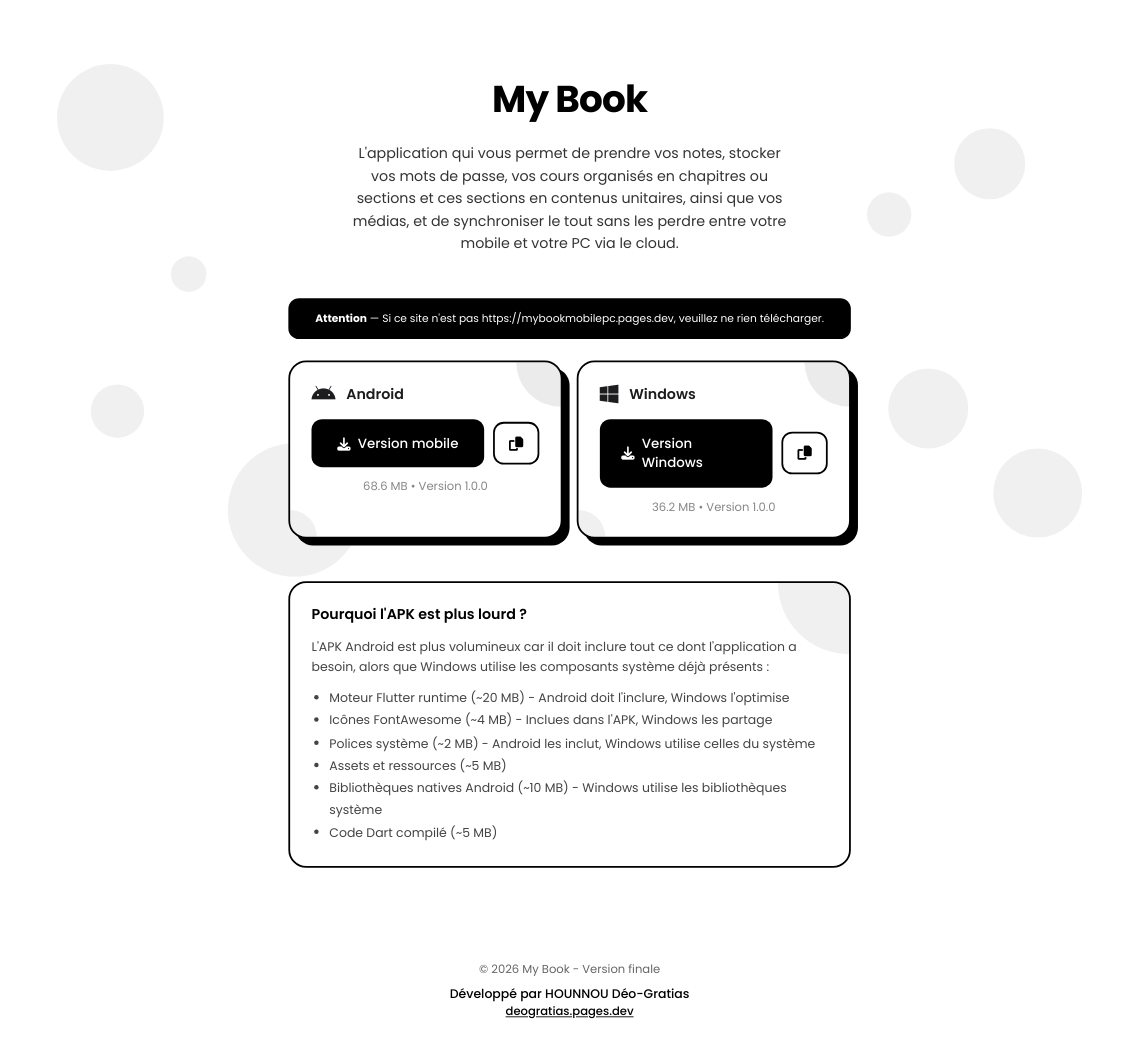
Repository: Deogratiasdev/app
Page: test.html
These files come from the project's save history. The page is drawn as it stood at one moment and after the next save; the edit follows.
The browser window is 1280 px wide. The pictures show the whole page, at 89% of full size.

Above is the page before, as saved 2026-04-12 00:29:04.

### test.html
<!DOCTYPE html>
<html lang="fr">
<head>
    <meta charset="UTF-8">
    <meta name="viewport" content="width=device-width, initial-scale=1.0">
    <title>My Book - Téléchargement</title>
    <link rel="preconnect" href="https://fonts.googleapis.com">
    <link rel="preconnect" href="https://fonts.gstatic.com" crossorigin>
    <link href="https://fonts.googleapis.com/css2?family=Poppins:wght@300;400;500;600;700&display=swap" rel="stylesheet">
    <link rel="stylesheet" href="https://cdnjs.cloudflare.com/ajax/libs/font-awesome/6.4.0/css/all.min.css">
    <style>
        * {
            margin: 0;
            padding: 0;
            box-sizing: border-box;
        }
        body {
            font-family: 'Poppins', sans-serif;
            background: #ffffff;
            color: #000000;
            line-height: 1.5;
            min-height: 100vh;
            display: flex;
            flex-direction: column;
        }
        .container {
            max-width: 680px;
            margin: 0 auto;
            padding: 80px 24px;
            flex: 1;
        }
        .header {
            text-align: center;
            margin-bottom: 48px;
        }
        .warning-box {
            background: #000000;
            border: 2px solid #000000;
            border-radius: 12px;
            padding: 12px 16px;
            margin-bottom: 24px;
            font-size: 12px;
            color: #ffffff;
            text-align: center;
            line-height: 1.5;
        }
        h1 {
            font-size: 42px;
            font-weight: 700;
            margin-bottom: 16px;
            letter-spacing: -1px;
            color: #000000;
        }
        .description {
            font-size: 16px;
            color: #333333;
            line-height: 1.6;
            max-width: 500px;
            margin: 0 auto;
        }
        .downloads {
            display: flex;
            flex-direction: column;
            gap: 16px;
            margin-bottom: 48px;
        }
        .download-card {
            background: #ffffff;
            border: 2px solid #000000;
            border-radius: 20px;
            padding: 24px;
            position: relative;
            overflow: hidden;
            transition: transform 0.3s ease;
            box-shadow: 8px 8px 0px #000000;
        }
        .download-card:hover {
            transform: translateY(-4px);
            box-shadow: 12px 12px 0px #000000;
        }
        .download-card::before {
            content: '';
            position: absolute;
            top: -50px;
            right: -50px;
            width: 100px;
            height: 100px;
            background: #000000;
            border-radius: 50%;
            opacity: 0.08;
        }
        .download-card::after {
            content: '';
            position: absolute;
            bottom: -30px;
            left: -30px;
            width: 60px;
            height: 60px;
            background: #000000;
            border-radius: 50%;
            opacity: 0.06;
        }
        .download-card-header {
            display: flex;
            align-items: center;
            margin-bottom: 16px;
        }
        .download-card-header i {
            font-size: 24px;
            margin-right: 12px;
            color: #1d1d1f;
        }
        .download-card-header h2 {
            font-size: 16px;
            font-weight: 600;
            color: #1d1d1f;
        }
        .download-btn {
            display: flex;
            align-items: center;
            justify-content: center;
            width: 100%;
            padding: 16px 24px;
            background: #000000;
            color: #ffffff;
            text-decoration: none;
            font-size: 15px;
            font-weight: 500;
            border: none;
            border-radius: 12px;
            transition: background 0.2s ease;
        }
        .download-btn:hover {
            background: #333333;
        }
        .download-btn i {
            margin-right: 8px;
        }
        .download-row {
            display: flex;
            gap: 10px;
            align-items: center;
        }
        .download-row .download-btn {
            flex: 1;
        }
        .copy-btn {
            background: #ffffff;
            border: 2px solid #000000;
            border-radius: 12px;
            padding: 14px 16px;
            cursor: pointer;
            font-size: 16px;
            color: #000000;
            transition: all 0.2s ease;
            display: flex;
            align-items: center;
            justify-content: center;
        }
        .copy-btn:hover {
            background: #000000;
            color: #ffffff;
        }
        .copy-btn.copied {
            background: #000000;
            color: #ffffff;
        }
        .download-info {
            font-size: 13px;
            color: #86868b;
            margin-top: 12px;
            text-align: center;
        }
        .info-section {
            background: #ffffff;
            border: 2px solid #000000;
            border-radius: 20px;
            padding: 24px;
            position: relative;
            overflow: hidden;
        }
        .info-section::before {
            content: '';
            position: absolute;
            top: -80px;
            right: -80px;
            width: 160px;
            height: 160px;
            background: #000000;
            border-radius: 50%;
            opacity: 0.06;
        }
        .info-section h3 {
            font-size: 16px;
            font-weight: 600;
            color: #000000;
            margin-bottom: 12px;
        }
        .info-section p {
            font-size: 14px;
            color: #444444;
            line-height: 1.6;
            margin-bottom: 12px;
        }
        .info-section ul {
            font-size: 14px;
            color: #444444;
            line-height: 1.8;
            margin-left: 20px;
        }
        .footer {
            text-align: center;
            padding: 24px;
            font-size: 13px;
            color: #666666;
        }
        .footer a {
            color: #000000;
            text-decoration: underline;
            font-weight: 500;
            transition: color 0.2s ease;
        }
        .footer a:hover {
            color: #333333;
        }
        .author {
            margin-top: 8px;
            font-size: 14px;
            font-weight: 500;
            color: #000000;
        }

        /* Bulles figées en background */
        .bg-bubbles {
            position: fixed;
            top: 0;
            left: 0;
            width: 100%;
            height: 100%;
            pointer-events: none;
            z-index: -1;
            overflow: hidden;
        }
        .bg-bubbles .bubble {
            position: absolute;
            background: #000000;
            border-radius: 50%;
            opacity: 0.06;
        }
        .bg-bubbles .bubble:nth-child(1) { width: 120px; height: 120px; top: 10%; left: 5%; }
        .bg-bubbles .bubble:nth-child(2) { width: 80px; height: 80px; top: 20%; right: 10%; }
        .bg-bubbles .bubble:nth-child(3) { width: 60px; height: 60px; top: 60%; left: 8%; }
        .bg-bubbles .bubble:nth-child(4) { width: 100px; height: 100px; top: 70%; right: 5%; }
        .bg-bubbles .bubble:nth-child(5) { width: 40px; height: 40px; top: 40%; left: 15%; }
        .bg-bubbles .bubble:nth-child(6) { width: 150px; height: 150px; bottom: 10%; left: 20%; }
        .bg-bubbles .bubble:nth-child(7) { width: 50px; height: 50px; top: 30%; right: 20%; }
        .bg-bubbles .bubble:nth-child(8) { width: 90px; height: 90px; bottom: 30%; right: 15%; }
        @media (min-width: 768px) {
            .downloads {
                flex-direction: row;
            }
            .download-card {
                flex: 1;
            }
        }
    </style>
</head>
<body>
    <div class="bg-bubbles">
        <div class="bubble"></div>
        <div class="bubble"></div>
        <div class="bubble"></div>
        <div class="bubble"></div>
        <div class="bubble"></div>
        <div class="bubble"></div>
        <div class="bubble"></div>
        <div class="bubble"></div>
    </div>
    <div class="container">
        <div class="header">
            <h1>My Book</h1>
            <p class="description">L'application qui vous permet de prendre vos notes, stocker vos mots de passe, vos cours organisés en chapitres ou sections et ces sections en contenus unitaires, ainsi que vos médias, et de synchroniser le tout sans les perdre entre votre mobile et votre PC via le cloud.</p>
        </div>

        <div class="warning-box">
            <strong>Attention</strong> — Si ce site n'est pas https://mybookmobilepc.pages.dev, veuillez ne rien télécharger.
        </div>

        <div class="downloads">
            <div class="download-card">
                <div class="download-card-header">
                    <i class="fab fa-android"></i>
                    <h2>Android</h2>
                </div>
                <div class="download-row">
                    <a href="https://github.com/Deogratiasdev/app/raw/main/releases/MyBook.apk" download class="download-btn"><i class="fas fa-download"></i> Version mobile</a>
                    <button class="copy-btn" onclick="copyUrl('https://github.com/Deogratiasdev/app/raw/main/releases/MyBook.apk')" title="Copier le lien"><i class="fas fa-copy"></i></button>
                </div>
                <p class="download-info">68.6 MB • Version 1.0.0</p>
            </div>

            <div class="download-card">
                <div class="download-card-header">
                    <i class="fab fa-windows"></i>
                    <h2>Windows</h2>
                </div>
                <div class="download-row">
                    <a href="https://github.com/Deogratiasdev/app/raw/main/releases/MyBook_Setup.exe" download class="download-btn"><i class="fas fa-download"></i> Version Windows</a>
                    <button class="copy-btn" onclick="copyUrl('https://github.com/Deogratiasdev/app/raw/main/releases/MyBook_Setup.exe')" title="Copier le lien"><i class="fas fa-copy"></i></button>
                </div>
                <p class="download-info">36.2 MB • Version 1.0.0</p>
            </div>
        </div>

        <div class="info-section">
            <h3>Pourquoi l'APK est plus lourd ?</h3>
            <p>L'APK Android est plus volumineux car il doit inclure tout ce dont l'application a besoin, alors que Windows utilise les composants système déjà présents :</p>
            <ul>
                <li>Moteur Flutter runtime (~20 MB) - Android doit l'inclure, Windows l'optimise</li>
                <li>Icônes FontAwesome (~4 MB) - Inclues dans l'APK, Windows les partage</li>
                <li>Polices système (~2 MB) - Android les inclut, Windows utilise celles du système</li>
                <li>Assets et ressources (~5 MB)</li>
                <li>Bibliothèques natives Android (~10 MB) - Windows utilise les bibliothèques système</li>
                <li>Code Dart compilé (~5 MB)</li>
            </ul>
        </div>
    </div>

    <div class="footer">
        © 2026 My Book - Version finale<br>
        <div class="author">Développé par HOUNNOU Déo-Gratias</div>
        <a href="https://deogratias.pages.dev" target="_blank">deogratias.pages.dev</a>
    </div>

    <script>
        function copyUrl(url) {
            navigator.clipboard.writeText(url).then(function() {
                const buttons = document.querySelectorAll('.copy-btn');
                buttons.forEach(btn => {
                    if (btn.getAttribute('onclick').includes(url)) {
                        btn.classList.add('copied');
                        btn.innerHTML = '<i class="fas fa-check"></i>';
                        setTimeout(() => {
                            btn.classList.remove('copied');
                            btn.innerHTML = '<i class="fas fa-copy"></i>';
                        }, 2000);
                    }
                });
            });
        }
    </script>
</body>
</html>

After the next save:
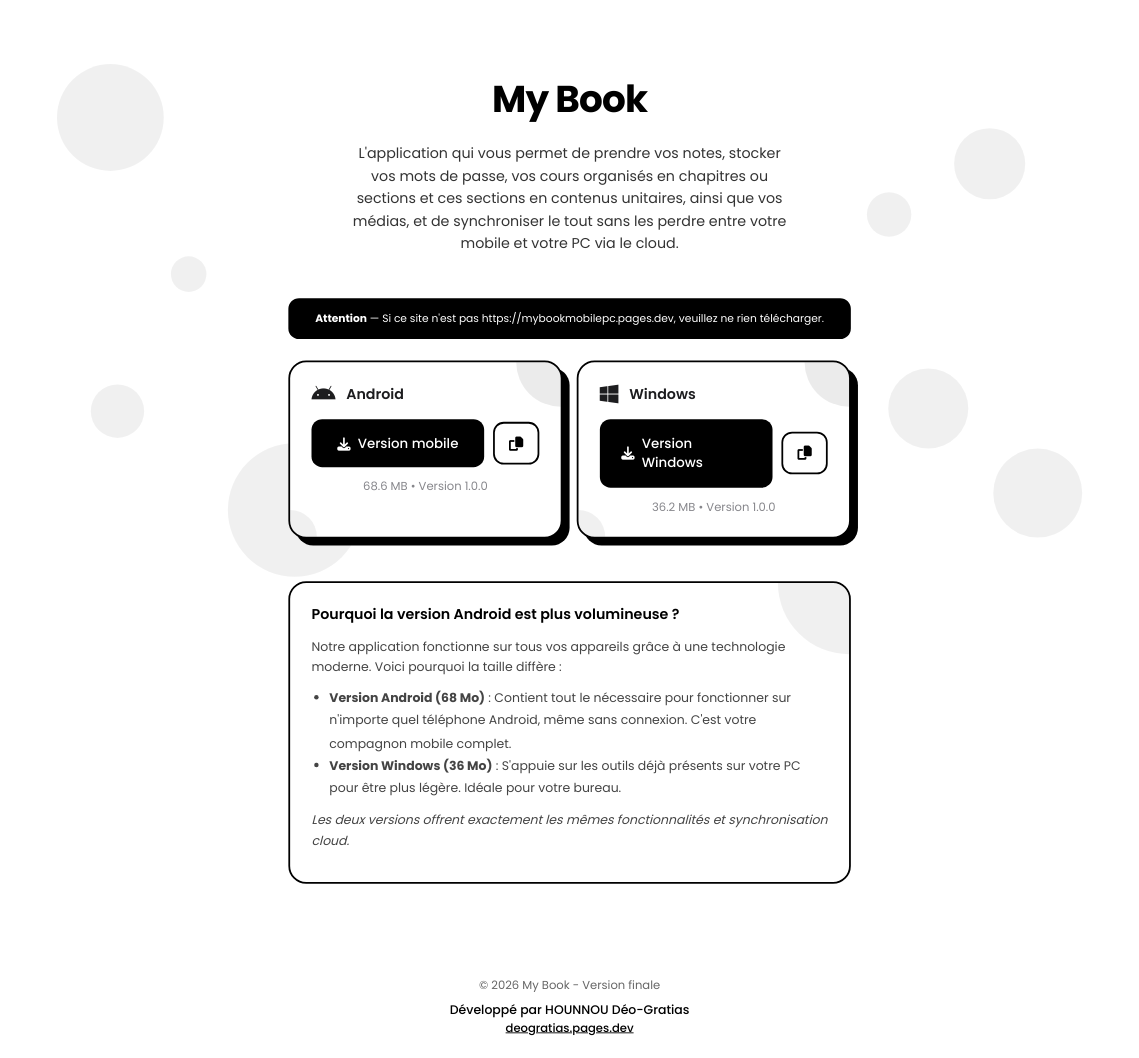
Saved 64 s later.
--- a/test.html
+++ b/test.html
@@ -313,16 +313,13 @@
         </div>
 
         <div class="info-section">
-            <h3>Pourquoi l'APK est plus lourd ?</h3>
-            <p>L'APK Android est plus volumineux car il doit inclure tout ce dont l'application a besoin, alors que Windows utilise les composants système déjà présents :</p>
+            <h3>Pourquoi la version Android est plus volumineuse ?</h3>
+            <p>Notre application fonctionne sur tous vos appareils grâce à une technologie moderne. Voici pourquoi la taille diffère :</p>
             <ul>
-                <li>Moteur Flutter runtime (~20 MB) - Android doit l'inclure, Windows l'optimise</li>
-                <li>Icônes FontAwesome (~4 MB) - Inclues dans l'APK, Windows les partage</li>
-                <li>Polices système (~2 MB) - Android les inclut, Windows utilise celles du système</li>
-                <li>Assets et ressources (~5 MB)</li>
-                <li>Bibliothèques natives Android (~10 MB) - Windows utilise les bibliothèques système</li>
-                <li>Code Dart compilé (~5 MB)</li>
+                <li><strong>Version Android (68 Mo)</strong> : Contient tout le nécessaire pour fonctionner sur n'importe quel téléphone Android, même sans connexion. C'est votre compagnon mobile complet.</li>
+                <li><strong>Version Windows (36 Mo)</strong> : S'appuie sur les outils déjà présents sur votre PC pour être plus légère. Idéale pour votre bureau.</li>
             </ul>
+            <p style="margin-top: 12px; font-style: italic;">Les deux versions offrent exactement les mêmes fonctionnalités et synchronisation cloud.</p>
         </div>
     </div>
 
